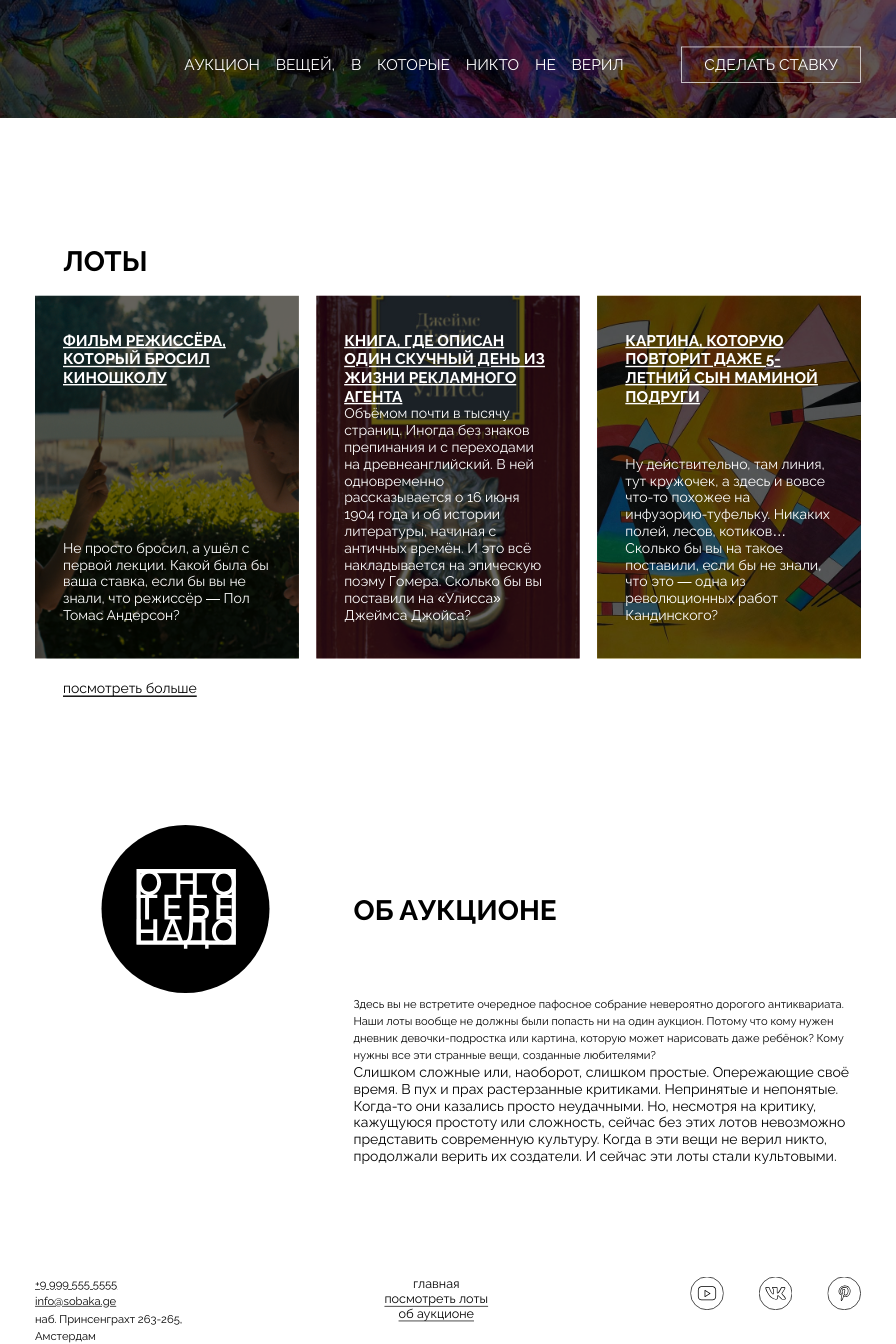
Repository: Hadoooouken/ono-tebe-nado
Page: index.html
An editor plug-in stored every save of this project. The page is shown before and after the next save, followed by the edit.
The browser window is 1280 px wide. The pictures show the part of the page from y = 882 to 2802 px (the page is 2802 px tall), at 70% of full size.

Above is the page before, as saved 2023-11-29 02:53:00.

After the next save:
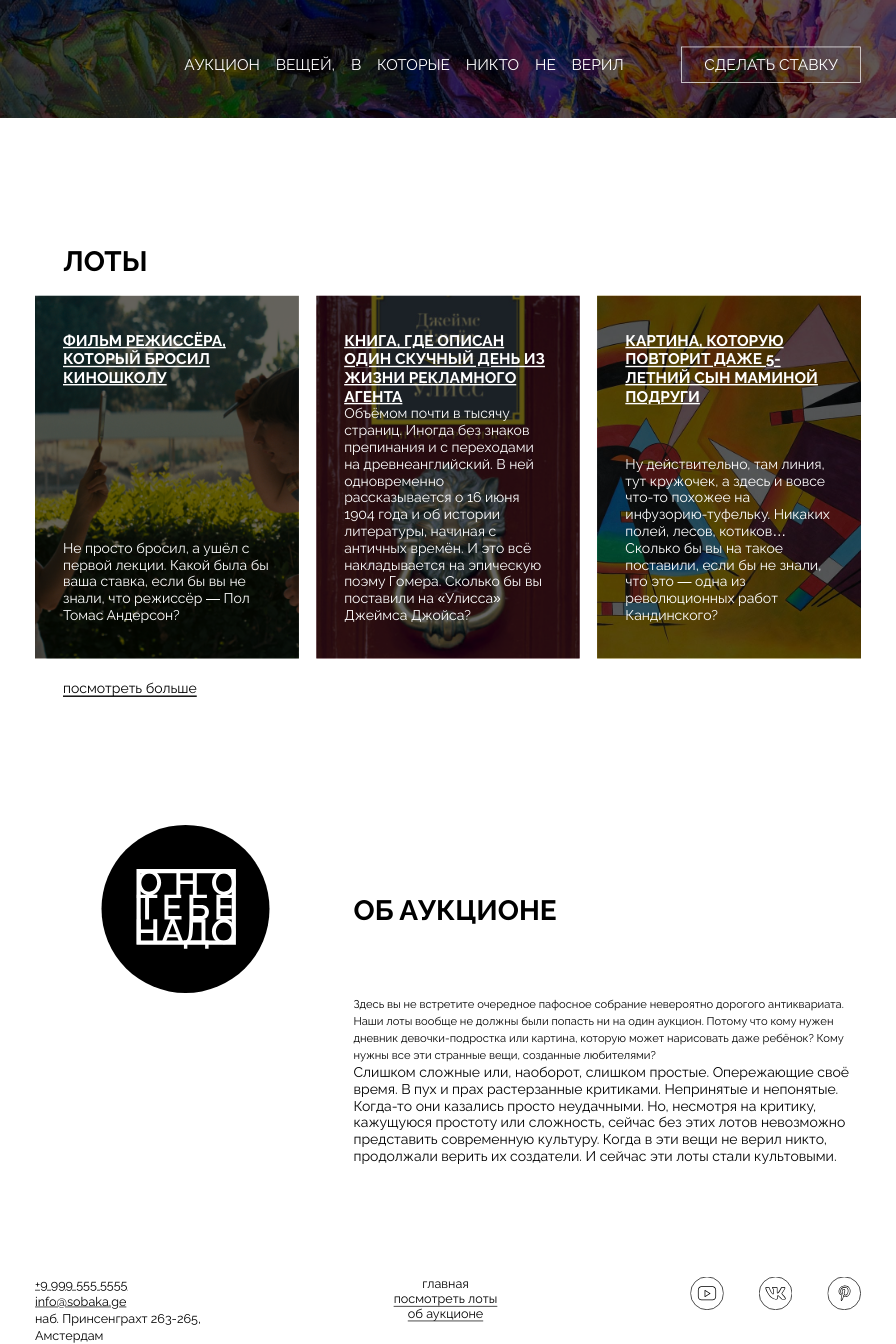
Saved 85 s later.
--- a/styles/style.css
+++ b/styles/style.css
@@ -14,7 +14,13 @@
 .address {
   display:grid;
   justify-content: end;
-  line-height: 24.3px;
+  color: #000;
+
+font-family: Raleway;
+font-size: 18px;
+font-style: normal;
+font-weight: 400;
+line-height: 24.3px
 
 }
 
